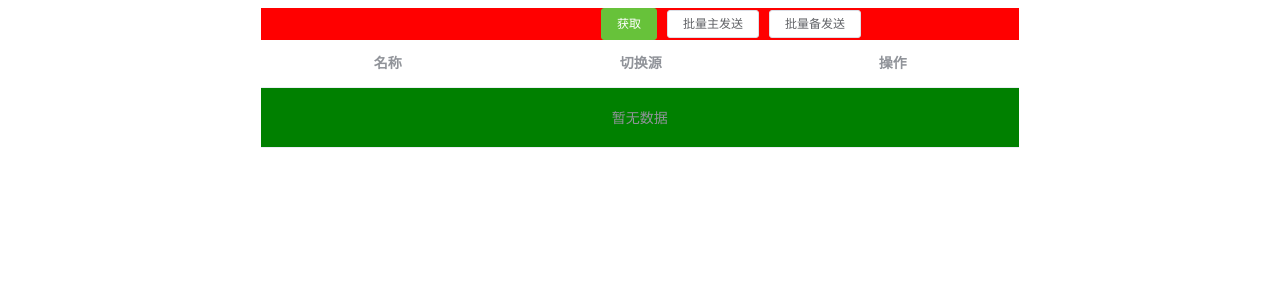
Repository: faintout/BHMQTTSendTool
Page: /
The author's editor kept a copy of each file at every save. The page is drawn from the files as they stood at one save, then again after the next save.
The browser window is 1280 px wide. The pictures show the whole page.
The project was rebuilt for these pictures with package versions that can differ from the ones it lists, and the page was loaded fresh each time. Also part of the build but not shown: vue.config.js.

Above is the page before, as saved 2020-09-03 13:57:22.

### public/index.html
<!DOCTYPE html>
<html lang="en">
  <head>
    <meta charset="utf-8">
    <meta http-equiv="X-UA-Compatible" content="IE=edge">
    <meta name="viewport" content="width=device-width,initial-scale=1.0">
    <link rel="stylesheet" href="">
    <title></title>
  </head>
  <body>
    <div id="app">

    </div>
    <!-- built files will be auto injected -->
  </body>
</html>

### src/main.js
import Vue from 'vue'
import App from './App.vue'
import router from './router'
import $ from 'jquery'
import ElementUi from 'element-ui'
import 'element-ui/lib/theme-chalk/index.css'
import 'element-ui/lib/theme-chalk/reset.css'

Vue.config.productionTip = false
Vue.use(ElementUi)
new Vue({
  router,
  render: h => h(App)
}).$mount('#app')

### src/router/index.js
import Vue from 'vue'
import VueRouter from 'vue-router'
import MqttSendTool from '../views/MqttSendTool.vue'

Vue.use(VueRouter)

  const routes = [
  {
    path: '/',
    name: 'MqttSendTool',
    component: MqttSendTool
  },
]

const router = new VueRouter({
  routes
})

export default router

### src/views/MqttSendTool.vue
<template>
    <div class="content">
        <title></title>
        <!-- 按钮模块 -->
        <div style="position: relative;left: calc(50% - 13%);width: 50%;" class="content_title">
            <!-- <el-input style="display:inline-block;width:20%;right: 5%;" size="small" v-model="localIP"></el-input> -->
            <el-button type="success" size="small" @click="getAllMqttData">获取</el-button>
            <el-button size="mini" @click="batch(0)">批量主发送</el-button>
            <el-button size="mini" @click="batch(1)">批量备发送</el-button>
            <!-- <el-button type="success" size="small" @click="sendData()">发送</el-button> -->
        </div>
        <el-table v-loading="tableLoading" :data="tableData" class="el_table">
            >
            <el-table-column prop="name" label="名称" align='center'>
            </el-table-column>
            <el-table-column label="切换源" align='center'>
                <template slot-scope="scope">
                    <el-radio-group v-model="scope.row.switchStatus">
                        <el-radio :label="0" @click="scope.row.switchStatus = 0">主</el-radio>
                        <el-radio :label="1" @click="scope.row.switchStatus = 1">备</el-radio>
                    </el-radio-group>
                </template>
            </el-table-column>
            <el-table-column label="操作" align='center'>
                <template slot-scope="scope">
                    <el-button type="success" size="small" @click="changeData(scope.row)">编辑</el-button>
                    <el-button type="success" size="small" @click="sendData(scope.row)">发送</el-button>
                </template>
            </el-table-column>
        </el-table>
        <!-- 弹框 -->
        <el-dialog title="编辑" :visible.sync="dialogVisible" width="30%"  :close-on-click-modal = false>
            <el-input type="textarea" :rows="25" class="el_input" v-model="editTable"></el-input>
            <span slot="footer" class="dialog-footer">
                <el-button @click="dialogVisible = false">取 消</el-button>
                <el-button type="primary" @click="saveEdit">确 定</el-button>
            </span>
        </el-dialog>

    </div>
</template>

<script>
    //设置本地储存方法
    window.local = (key, value) => {
        return value ? localStorage.setItem(key, value) : localStorage.getItem(key)
    }
    export default {
        components: {},
        data() {
            return {
                dialogVisible: false,
                //本地IP
                localIP: '',
                //表格框加载
                tableLoading: false,
                tableData: [],
                editTable: '',
                editId: '',
                editswitchStatus: ''

            }
        },
        watch: {
            localIP(n, o) {
                local('localIP', n)
            }
        },
        computed: {

        },
        methods: {
            saveEdit() {
                this.dialogVisible = false
                let indicatorValue = this.editTable
                //保存
                console.log("修改名称", this.editList);
                let deviceId = this.editId
                let switchStatus = this.editswitchStatus
                let parmas = { indicatorValue, deviceId, switchStatus }
                $.ajax({
                    type: 'POST',
                    url: 'http://' + this.localIP + '/testData/setIndicatorValue',
                    data: parmas,
                    success: (data) => {
                        data.success && this.$message.success("修改数据成功！")
                    },
                    error: () => {
                        this.$message.error("数据获取失败，请检查IP地址！")
                    }
                })
            },
            changeData(value) {
                console.log(value);
                this.dialogVisible = true
                if (!value.switchStatus) {
                    //等于一
                    this.editTable = this.getFormatData(JSON.stringify(value.masterData))
                } else {
                    this.editTable = this.getFormatData(JSON.stringify(value.slaveData))
                }
                this.editId = value.id
                this.editswitchStatus = value.switchStatus
            },
            changeItem(item) {
                console.log('item', item);
            },
            changItemRadio(item) {
                console.log('itemzhixng ');
            },
            //获取所有数据
            getAllMqttData() {
                $.ajax({
                    type: 'POST',
                    url: 'http://' + this.localIP + '/testData/getDeviceListData',
                    success: (data) => {
                        if (data.data == []) {
                            this.$message.errot("获取数据为空！请确认数据是否存在")
                            return
                        }
                        this.tableData = data.data
                        data.success && this.$message.success("数据获取成功！")
                    },
                    error: () => {
                        this.$message.error("数据获取失败，请检查IP地址！")
                    }
                })
            },
            //数据处理
            dataProcessing() {

            },
            //批量设置
            /**
             * @type 0 主 1 备
             * @Date 2020-08-26 14:13:24
             */
            batch(type) {
                this.tableData.forEach(item => {
                    item.switchStatus = type ? 1 : 0
                })
                this.sendData()
            },
            //发送数据
            sendData(value) {
                this.tableLoading = true
                let data = value ? value : this.tableData
                console.log(data);
                let params = {
                    deviceIds: ''
                }
                if (data.length > 1) {
                    data.map(item => {
                        params.deviceIds += item.id + ','
                    })
                    params.deviceIds = params.deviceIds.substr(0, params.deviceIds.length - 1)
                    params.switchStatus = data[0].switchStatus
                } else {
                    params.deviceIds = data.id
                    params.switchStatus = data.switchStatus
                }
                console.log(params);
                // return
                $.ajax({
                    type: "POST",
                    url: 'http://' + this.localIP + '/testData/applySwitch',
                    data: params,
                    success: (data) => {
                        data.success && this.$message.success("数据发送成功！")
                        this.tableLoading = false
                    },
                    error: () => {

                    }
                })
                this.getAllMqttData()
            },
            //读取本地localIP
            getLocalIP() {
                this.localIP = local('localIP') != null ? local('localIP') : '172.17.35.23:24699'
                local('localIP') == null && local('localIP', '172.17.35.23:24699')
            },

            //方法
            repeat(s, count) {
                return new Array(count + 1).join(s)
            },
            formatJson(json) {
                var i = 0,
                    il = 0,
                    tab = "    ",
                    newJson = "",
                    indentLevel = 0,
                    inString = false,
                    currentChar = null;
                for (i = 0, il = json.length; i < il; i += 1) {
                    currentChar = json.charAt(i);
                    switch (currentChar) {
                        case '{':
                        case '[':
                            if (!inString) {
                                newJson += currentChar + "\n" + this.repeat(tab, indentLevel + 1);
                                indentLevel += 1
                            } else {
                                newJson += currentChar
                            }
                            break;
                        case '}':
                        case ']':
                            if (!inString) {
                                indentLevel -= 1;
                                newJson += "\n" + this.repeat(tab, indentLevel) + currentChar
                            } else {
                                newJson += currentChar
                            }
                            break;
                        case ',':
                            if (!inString) {
                                newJson += ",\n" + this.repeat(tab, indentLevel)
                            } else {
                                newJson += currentChar
                            }
                            break;
                        case ':':
                            if (!inString) {
                                newJson += ": "
                            } else {
                                newJson += currentChar
                            }
                            break;
                        case ' ':
                        case "\n":
                        case "\t":
                            if (inString) {
                                newJson += currentChar
                            }
                            break;
                        case '"':
                            if (i > 0 && json.charAt(i - 1) !== '\\') {
                                inString = !inString
                            }
                            newJson += currentChar;
                            break;
                        default:
                            newJson += currentChar;
                            break
                    }
                }
                return newJson
            },
            getFormatData(json) {
                var json = json + "";
                if (json.indexOf('{') == -1 && json.indexOf('[') == -1) {
                    return json;
                } else {
                    return (this.formatJson(json));
                }
            }

        },
        mounted() {
            console.log(local('localIP'), window);
            //读取本地IP
            this.getLocalIP()
            this.getAllMqttData()

        },
        created() {

        },
    }
</script>
<style lang="less" scoped>
    .content {
        margin: 5% 0 0 0;
        width: 60%;
        background-color: red;
        margin: 0 auto;
    }

    .el_table {
        width: 100%;
        position: relative;
        background-color: green;

    }

    // @media screen and(max-width: 1366px) {
    //     .el_table {
    //         width: 60%;
    //         left: calc(50% - 25%);
    //     }
    // }

    input {
        height: 20rem;
    }
</style>

Loaded but not shown: src/App.vue (common file)

After the next save:
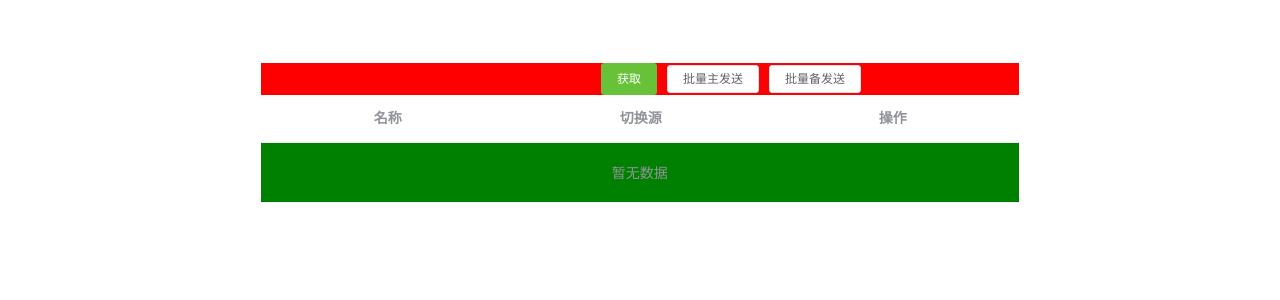
Saved 12 s later.
--- a/src/views/MqttSendTool.vue
+++ b/src/views/MqttSendTool.vue
@@ -272,10 +272,9 @@
 </script>
 <style lang="less" scoped>
     .content {
-        margin: 5% 0 0 0;
         width: 60%;
         background-color: red;
-        margin: 0 auto;
+        margin: 5% auto;
     }
 
     .el_table {
